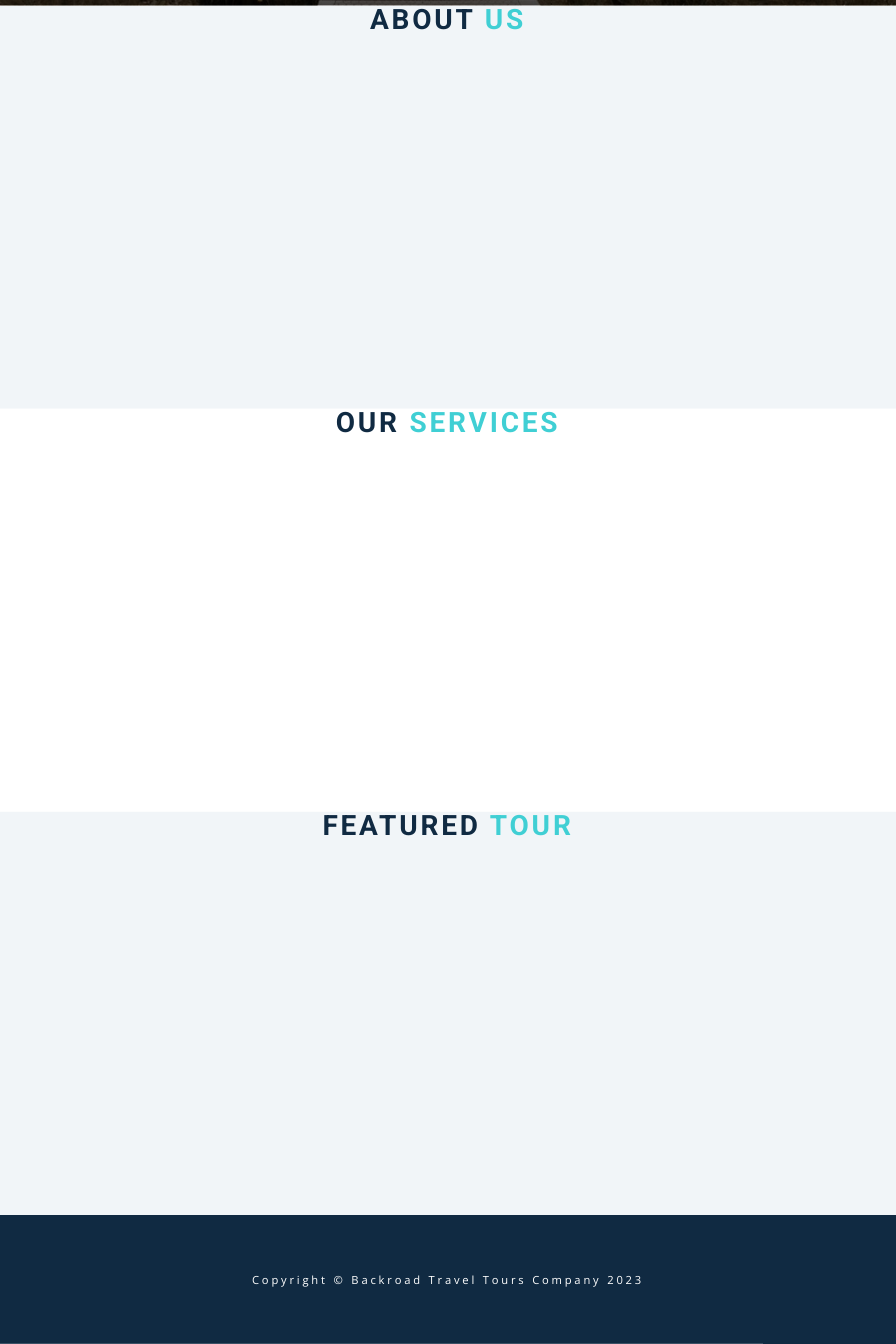
Repository: sunny070/javaScript
Page: Scroll_10/index.html
The author's editor kept a copy of each file at every save. The page is drawn from the files as they stood at one save, then again after a run of saves.
The browser window is 1280 px wide. The pictures show the part of the page from y = 794 to 2714 px (the page is 2714 px tall), at 70% of full size.
Some web libraries are served in a nearby version.

Above is the page before, as saved 2023-10-27 12:05:19.

### Scroll_10/index.html
<!DOCTYPE html>
<html lang="en">
<head>
    <meta charset="UTF-8">
    <meta name="viewport" content="width=device-width, initial-scale=1.0">
    <title>Scroll</title>
    <link rel="stylesheet" href="style.css">
    <link
      rel="stylesheet"
      href="https://cdnjs.cloudflare.com/ajax/libs/font-awesome/5.14.0/css/all.min.css"
    />
</head>
<body>
    <!-- header -->
    <header id="home">
        <!-- navbar -->
        <nav id="nav">
            <div class="nav-center">
                <!-- navheader -->
                <div class="nav-header">
                    <img src="./logo.svg" alt="logo" class="logo">
                    <button class="nav-toggle">
                        <i class="fas fas-bars"></i>
                    </button>
                </div>
                <!-- links -->
                <div class="link-conatainer">
                    <ul class="links">
                        <li>
                          <a href="#home" class="scroll-link">home</a>
                        </li>
                        <li>
                          <a href="#about" class="scroll-link">about</a>
                        </li>
                        <li>
                          <a href="#services" class="scroll-link">services</a>
                        </li>
                        <li>
                          <a href="#tours" class="scroll-link">tours</a>
                        </li>
                      </ul>
                </div>
            </div>
        </nav>
        <!-- banner -->
        <div class="banner">
            <div class="container">
                <h1>scroll project</h1>
                <p>Lorem ipsum dolor sit amet
                    consectetur adipisicing elit.
                    Adipisci corrupti possimus maiores
                    porro voluptates rerum vero sequi.
                    Id, hic ipsam.</p>
                    <a href="#tours" class="scroll-link btn btn-white">explore tours</a>
            </div>
        </div>
    </header>
    <!-- About -->
<section id="about" class="section">
    <div class="title">
        <h2>about <span>us</span></h2>
    </div>
</section>
 <!-- services -->
 <section id="services" class="section">
    <div class="title">
        <h2>our <span>services</span></h2>
    </div>
</section>
 <!-- tours -->
 <section id="tours" class="section">
    <div class="title">
        <h2>featured <span>tour</span></h2>
    </div>
</section>
<!-- footer -->
<footer class="section">
    <p>
        copyright &copy; backroad travel tours company <span class="date">2023</span>
    </p>
</footer>
    <script src="app.js"></script>
</body>
</html>

### Scroll_10/style.css
/*
===============
Fonts
===============
*/
@import url("https://fonts.googleapis.com/css?family=Open+Sans|Roboto:400,700&display=swap");

/*
===============
Variables
===============
*/

:root {
  /* dark shades of primary color*/
  --clr-primary-1: hsl(205, 86%, 17%);
  --clr-primary-2: hsl(205, 77%, 27%);
  --clr-primary-3: hsl(205, 72%, 37%);
  --clr-primary-4: hsl(205, 63%, 48%);
  /* primary/main color */
  --clr-primary-5: #49a6e9;
  /* lighter shades of primary color */
  --clr-primary-6: hsl(205, 89%, 70%);
  --clr-primary-7: hsl(205, 90%, 76%);
  --clr-primary-8: hsl(205, 86%, 81%);
  --clr-primary-9: hsl(205, 90%, 88%);
  --clr-primary-10: hsl(205, 100%, 96%);
  /* darkest grey - used for headings */
  --clr-grey-1: hsl(209, 61%, 16%);
  --clr-grey-2: hsl(211, 39%, 23%);
  --clr-grey-3: hsl(209, 34%, 30%);
  --clr-grey-4: hsl(209, 28%, 39%);
  /* grey used for paragraphs */
  --clr-grey-5: hsl(210, 22%, 49%);
  --clr-grey-6: hsl(209, 23%, 60%);
  --clr-grey-7: hsl(211, 27%, 70%);
  --clr-grey-8: hsl(210, 31%, 80%);
  --clr-grey-9: hsl(212, 33%, 89%);
  --clr-grey-10: hsl(210, 36%, 96%);
  --clr-white: #fff;
  --clr-red-dark: hsl(360, 67%, 44%);
  --clr-red-light: hsl(360, 71%, 66%);
  --clr-green-dark: hsl(125, 67%, 44%);
  --clr-green-light: hsl(125, 71%, 66%);
  --clr-secondary: hsla(182, 63%, 54%);
  --clr-black: #222;
  --ff-primary: "Roboto", sans-serif;
  --ff-secondary: "Open Sans", sans-serif;
  --transition: all 0.3s linear;
  --spacing: 0.25rem;
  --radius: 0.5rem;
  --light-shadow: 0 5px 15px rgba(0, 0, 0, 0.1);
  --dark-shadow: 0 5px 15px rgba(0, 0, 0, 0.2);
  --max-width: 1170px;
  --fixed-width: 620px;
}
/*
===============
Global Styles
===============
*/
html {
  scroll-behavior: smooth;
}
*,
::after,
::before {
  margin: 0;
  padding: 0;
  box-sizing: border-box;
}
body {
  font-family: var(--ff-secondary);
  background: var(--clr-grey-10);
  color: var(--clr-grey-1);
  line-height: 1.5;
  font-size: 0.875rem;
}
ul {
  list-style-type: none;
}
a {
  text-decoration: none;
}
img:not(.logo) {
  width: 100%;
}
img {
  display: block;
}

h1,
h2,
h3,
h4 {
  letter-spacing: var(--spacing);
  text-transform: capitalize;
  line-height: 1.25;
  margin-bottom: 0.75rem;
  font-family: var(--ff-primary);
}
h1 {
  font-size: 3rem;
}
h2 {
  font-size: 2rem;
}
h3 {
  font-size: 1.25rem;
}
h4 {
  font-size: 0.875rem;
}
p {
  margin-bottom: 1.25rem;
  color: var(--clr-grey-5);
}
@media screen and (min-width: 800px) {
  h1 {
    font-size: 4rem;
  }
  h2 {
    font-size: 2.5rem;
  }
  h3 {
    font-size: 1.75rem;
  }
  h4 {
    font-size: 1rem;
  }
  body {
    font-size: 1rem;
  }
  h1,
  h2,
  h3,
  h4 {
    line-height: 1;
  }
}
/*  global classes */

.btn {
  text-transform: uppercase;
  background: transparent;
  color: var(--clr-black);
  padding: 0.375rem 0.75rem;
  letter-spacing: var(--spacing);
  display: inline-block;
  transition: var(--transition);
  font-size: 0.875rem;
  border: 2px solid var(--clr-black);
  cursor: pointer;
  box-shadow: 0 1px 3px rgba(0, 0, 0, 0.2);
  border-radius: var(--radius);
}
.btn:hover {
  color: var(--clr-white);
  background: var(--clr-black);
}
.btn-white {
  color: var(--clr-white);
  border-color: var(--clr-white);
  border-radius: 0;
  padding: 0.5rem 1rem;
}
.btn:hover {
  background: var(--clr-white);
  color: var(--clr-secondary);
}
/* section */
.section {
  padding-bottom: 5rem;
}

.section-center {
  width: 90vw;
  margin: 0 auto;
  max-width: 1170px;
}
@media screen and (min-width: 992px) {
  .section-center {
    width: 95vw;
  }
}
main {
  min-height: 100vh;
  display: grid;
  place-items: center;
}
/*
===============
Scroll
===============
*/
/* navbar */
nav {
  background: var(--clr-white);
  padding: 1rem 1.5rem;
}
/* fixed nav */
.fixed-nav {
  position: fixed;
  top: 0;
  left: 0;
  width: 100%;
  background: var(--clr-white);
  box-shadow: var(--light-shadow);
}
.fixed-nav .links a {
  color: var(--clr-grey-1);
}
.fixed-nav .links a:hover {
  color: var(--clr-secondary);
}
/* .fixed-nav .links-container {
  height: auto !important;
} */
.nav-header {
  display: flex;
  align-items: center;
  justify-content: space-between;
}
.nav-toggle {
  font-size: 1.5rem;
  color: var(--clr-grey-1);
  background: transparent;
  border-color: transparent;
  transition: var(--transition);
  cursor: pointer;
}
.nav-toggle:hover {
  color: var(--clr-secondary);
}
.logo {
  height: 50px;
}
.links-container {
  height: 0;
  overflow: hidden;
  transition: var(--transition);
}
.show-links {
  height: 200px;
}
.links a {
  background: var(--clr-white);
  color: var(--clr-grey-5);
  font-size: 1.1rem;
  text-transform: capitalize;
  letter-spacing: var(--spacing);
  display: block;
  transition: var(--transition);
  font-weight: bold;
  padding: 0.75rem 0;
}
.links a:hover {
  color: var(--clr-grey-1);
}
@media screen and (min-width: 800px) {
  nav {
    background: transparent;
  }
  .nav-center {
    width: 90vw;
    max-width: 1170px;
    margin: 0 auto;
    display: flex;
    align-items: center;
    justify-content: space-between;
  }
  .nav-header {
    padding: 0;
  }
  .nav-toggle {
    display: none;
  }
  .links-container {
    height: auto !important;
  }
  .links {
    display: flex;
  }
  .links a {
    background: transparent;
    color: var(--clr-white);
    font-size: 1.1rem;
    text-transform: capitalize;
    letter-spacing: var(--spacing);
    display: block;
    transition: var(--transition);
    margin: 0 1rem;
    font-weight: bold;
    padding: 0;
  }
  .links a:hover {
    color: var(--clr-white);
  }
}
/* hero */
header {
  min-height: 100vh;
  background: linear-gradient(rgba(63, 208, 212, 0.5), rgba(0, 0, 0, 0.7)),
    url(./hero-bcg.jpeg) center/cover no-repeat;
}
.banner {
  min-height: 100vh;
  display: grid;
  place-items: center;
  text-align: center;
}
.container h1 {
  color: var(--clr-white);
  text-transform: uppercase;
}
.container p {
  color: var(--clr-white);
  max-width: 25rem;
  margin: 0 auto;
  margin-bottom: 1.25rem;
}
@media screen and (min-width: 768px) {
  .container p {
    max-width: 40rem;
  }
}
/* sections and title */
.title h2 {
  text-align: center;
  text-transform: uppercase;
}
.title span {
  color: var(--clr-secondary);
}
#about,
#services,
#tours {
  height: 80vh;
}
#services {
  background: var(--clr-white);
}
footer {
  background: var(--clr-grey-1);
  padding: 5rem 1rem;
}
footer p {
  color: var(--clr-white);
  text-align: center;
  text-transform: capitalize;
  letter-spacing: var(--spacing);
  margin-bottom: 0;
}

.top-link {
  font-size: 1.25rem;
  position: fixed;
  bottom: 3rem;
  right: 3rem;
  background: var(--clr-secondary);
  width: 2rem;
  height: 2rem;
  display: grid;
  place-items: center;
  border-radius: var(--radius);
  color: var(--clr-white);
  animation: bounce 2s ease-in-out infinite;

  visibility: hidden;
  z-index: -100;
}
.show-link {
  visibility: visible;
  z-index: 100;
}

@keyframes bounce {
  0% {
    transform: scale(1);
  }
  50% {
    transform: scale(1.5);
  }
  100% {
    transform: scale(1);
  }
}

Loaded but not shown: Scroll_10/app.js (common file)

After the next 3 saves:
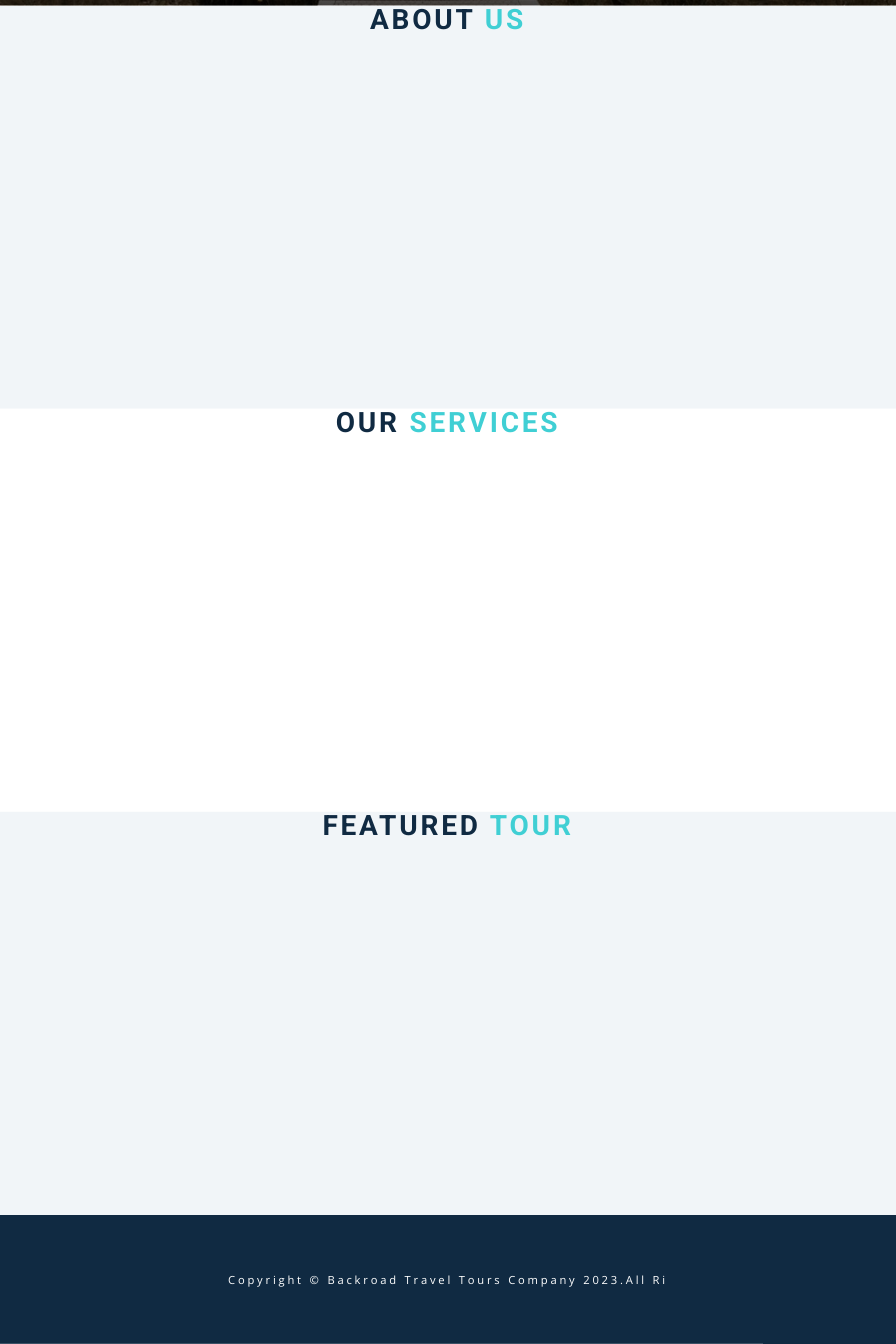
The 3 saves are shown as one change because they came seconds apart.
The last was saved 16 s later.
--- a/Scroll_10/index.html
+++ b/Scroll_10/index.html
@@ -76,7 +76,7 @@
 <!-- footer -->
 <footer class="section">
     <p>
-        copyright &copy; backroad travel tours company <span class="date">2023</span>
+        copyright &copy; backroad travel tours company <span class="date">2023</span>.all ri
     </p>
 </footer>
     <script src="app.js"></script>
